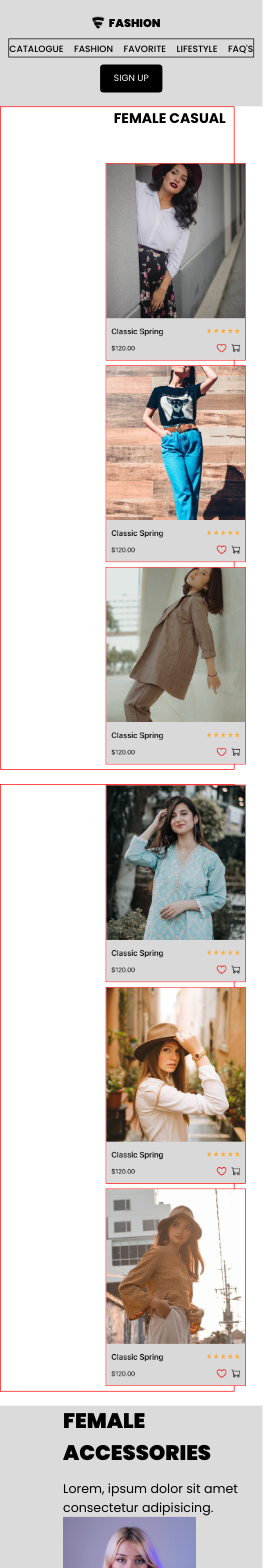
Repository: isaacCodes1/My-Project
Page: lifestyle.html
An editor plug-in stored every save of this project. The page is shown before and after a run of saves, followed by the edit.
The browser window is 375 px wide. The page is 391 px wide, then 375 px, so the pictures cover 391 px, including what lies to the right of the window. The pictures show the part of the page from y = 0 to 2240 px (the page is 3895 px tall before and 3556 px after), at 70% of full size.

Above is the page before, as saved 2024-03-21 18:31:40.

### lifestyle.html
<!DOCTYPE html>
<html lang="en">
  <head>
    <meta charset="UTF-8" />
    <meta name="viewport" content="width=device-width, initial-scale=1.0" />
    <link rel="stylesheet" href="style.css" />
    <link rel="stylesheet" href="Media query.css" />
    <title>Lifestyle Page</title>
  </head>
  <body>
    <main>
      <header>
        <nav>
          <!--------- NavItems ------->
          <div class="image">
            <a href="index.html"
              ><img src="/Assets/Pics/Vector (3).png" />FASHION</a
            >
          </div>
          <div class="navItems">
            <ul>
              <li><a href="catalogue.html">CATALOGUE</a></li>
              <li><a href="fashion.html">FASHION</a></li>
              <li><a href="favourite.html">FAVORITE</a></li>
              <li>
                <a style="color: #000" href="lifestyle.html">LIFESTYLE</a>
              </li>
              <li><a href="FAQ.html">FAQ'S</a></li>
            </ul>
            <a href="form.html"><button>SIGN UP</button></a>
          </div>
        </nav>
      </header>
    </main>
    <section class="faetured">
      <div class="featuredTxt">
        <h1>FEMALE CASUAL</h1>
      </div>
      <div class="featuredImg">
        <img src="/Assets/Group 307.png" alt="" />
        <img src="/Assets/Group 308.png" alt="" />
        <img src="/Assets/Group 309.png " alt="" />
      </div>
    </section>
    <section class="faetured">
      <div class="featuredImg">
        <img src="/Assets/Group 310.png" alt="" />
        <img src="/Assets/Group 311.png" alt="" />
        <img src="/Assets/Group 312.png" alt="" />
      </div>
    </section>
    <section class="foot">
        <div class="genFoot">
          <div class="footTxt">
            <h1>FEMALE ACCESSORIES</h1>
            <p>Lorem, ipsum dolor sit amet consectetur adipisicing.</p>
          </div>
          <div class="footImg">
            <img src="/Assets/Purple girl.png" alt="" />
            <img src="/Assets/tools.png" alt="" />
            <img src="/Assets/Classy.png" alt="" />
            <img src="/Assets/Paint brush.png" alt="" />
            <img src="/Assets/Head.png" alt="" />
            <img src="/Assets/Heels.png" alt="" />
          </div>
        </div>
      </section>
  </body>
</html>

### style.css
@import url("https://fonts.googleapis.com/css2?family=Poppins:ital,wght@0,100;0,200;0,300;0,400;0,500;0,600;0,700;0,800;0,900;1,100;1,200;1,300;1,400;1,500;1,600;1,700;1,800;1,900&display=swap");
* {
  margin: 0;
  padding: 0;
  box-sizing: border-box;
  font-family: "Poppins", sans-serif;
}
nav {
  display: flex;
  align-items: center;
  justify-content: space-between;
  width: 100%;
  padding: 20px 40px;
}

.image a {
  display: flex;
  align-items: center;
  gap: 6px;
  text-decoration: none;
  color: #000;
  font-size: 16px;
  font-weight: 900;
}
.image a img {
  width: 16%;
}
.navItems {
  display: flex;
  gap: 30px;
  align-items: center;
}
.navItems ul {
  display: flex;
  gap: 30px;
  list-style: none;
}
.navItems ul li a {
  text-decoration: none;
  color: #000;
  font-size: 16px;
  font-weight: 500;
}
.navItems ul li a:hover {
  transform: scale(1.05);
  color: #ebd96b;
  font-style: italic;
  border: 1px solid #000;
  transition: 1s ease-in-out;
}
.navItems button {
  border: 0;
  background: #000;
  padding: 10px 20px;
  color: #fff;
  border-radius: 5px;
  font-size: 13px;
}
.navItems button:hover {
  transform: scale(1.05);
  transition: 1s ease-in-out;
  color: #000;
  background: rgb(137, 136, 136);
}
.welcome {
  font-size: 30px;
  font-weight: 900;
  font-style: oblique;
}
.firstPageCont {
  padding: 20px 40px;
}
.FirstPage {
  display: flex;
  flex: 1;
  width: 100%;
  height: 90vh;
  padding: 40px 10px 0px 10px;
  border-radius: 30px;
  background: #f4f6f5;
}
.txtCont {
  display: flex;
  flex: 0.5;
  flex-direction: column;
  gap: 10px;
  padding-left: 40px;
}

.txtCont h1 {
  font-size: 64px;
  font-weight: 900;
  width: 50%;
  line-height: 75px;
}

.txtCont p {
  font-size: 20px;
}
.txtBtn {
  display: flex;
  align-items: center;
  width: 80%;
  margin-top: 10px;
  gap: 10px;
}
.btns {
  border: 0;
  background: #000;
  padding: 10px 20px;
  color: #fff;
  border-radius: 5px;
  font-size: 19px;
}
.btns:hover {
  transform: scale(1.05);
  transition: 1s ease-in-out;
  color: #000;
  background: rgb(137, 136, 136);
}
.txtBtn img {
  width: 100px;
}
.imgCont {
  flex: 0.5;
  display: flex;
  position: relative;
}
.star1 {
  position: absolute;
  top: 5px;
  left: 10px;
}
.star1 img {
  width: 30px;
}
.star2 {
  position: absolute;
  top: 20px;
  left: 450px;
}
.star2 img {
  width: 30px;
}
.star3 {
  position: absolute;
  bottom: 10px;
  left: 70px;
}
.star3 img {
  width: 30px;
}
.star4 {
  position: absolute;
  bottom: 20px;
  left: 400px;
}
.star4 img {
  width: 30px;
}
.spn1 {
  display: flex;
  align-items: center;
  background-image: url(/Assets/Pics/rectangle1.png);
  background-size: cover;
  background-repeat: no-repeat;
  width: 100%;
  padding-left: 20px;
}
.spn2 {
  background-image: url(/Assets/Pics/Rectangle2.png);
  background-size: cover;
  background-repeat: no-repeat;
  padding-right: 50px;
  padding-left: 20px;
}
/* next Page */
.firstPageFooter {
  background: #ebd96b;
  padding: 20px 10px;
  display: flex;
  align-items: center;
  justify-content: center;
}
.logoCont {
  display: flex;
  justify-content: center;
  gap: 100px;
}
.logoCont img {
  width: 7%;
}
.nextPageCont {
  margin-top: 20px;
  padding: 20px 40px;
  display: flex;
  flex-direction: column;
  gap: 55px;
  margin-bottom: 50px;
}
.nextPageText {
  position: relative;
}
.nextPageText h1 {
  font-size: 38px;
  letter-spacing: 1px;
  font-weight: 900;
}
.nextPageText img {
  position: absolute;
  bottom: 5px;
  left: 200px;
  width: 10%;
  z-index: -1;
}
.prettyImages {
  display: flex;
  gap: 35px;
}

.prettyImg img {
  width: 100%;
}
.payDay {
  background: linear-gradient(
    1.32deg,
    #e0c340 0.13%,
    #dfc23e 3.97%,
    #e1c441 7.2%,
    #e3c743 10.13%,
    #e4c542 12.98%,
    #e6c744 15.99%,
    #e7c845 19.52%,
    #e5c643 23.96%,
    #e6c945 30.43%,
    #e3c743 36.49%,
    #e9ca48 42.49%,
    #edce49 49.35%,
    #f0d44c 55.42%,
    #f4d84f 61.43%,
    #f6da52 65.74%,
    #f7db53 72.23%,
    #f9dd55 77.43%,
    #f9df56 83.84%,
    #fae157 91.52%,
    #f9df56 97.87%
  );
}
.yellowTxt {
  flex-direction: column;
  margin-bottom: 10px;
}
.yellowTxt h1 {
  font-size: 65px;
  font-weight: 900;
}
.yellowTxt p {
  font-size: 22px;
  font-weight: 500;
}

.yellowImg img {
  flex: 0.5;
  display: flex;
  width: 600px;
  position: relative;
}

.genDiv {
  display: flex;
  align-items: center;
}
.btn1 {
  border: 0;
  background: #000;
  padding: 15px 25px;
  color: #fff;
  border-radius: 5px;
  font-size: 18px;
  font-weight: 500;
}
.btn:hover {
  transform: scale(1.05);
  transition: 1s ease-in-out;
  color: #000;
  background: rgb(137, 136, 136);
}
.spn3 {
  display: flex;
  background-image: url(/Assets/rectangle1.png);
  background-size: cover;
  background-repeat: no-repeat;
  width: 300px;
}
.nxtSect {
  margin-top: 20px;
  padding: 20px 40px;
  display: flex;
  flex-direction: column;
  gap: 50px;
  margin-bottom: 50px;
}
.Images2 {
  display: flex;
}
.prettyImg2 {
  position: relative;
}
.prettyImg2 img {
  width: 70;
  height: 500px;
  margin-left: 70px;
}
.nextPageCont2 {
  margin-top: 20px;
  padding: 20px 40px;
  display: flex;
  gap: 50px;
  margin-bottom: 50px;
  display: flex;
  justify-content: space-between;
  align-items: center;
}
.nextPageText2 {
  display: flex;
  flex-direction: column;
  margin-left: 50px;
}
.nextPageText2 p {
  margin-bottom: 30px;
  color: #898a89;
}
.nextPageText2 h1 {
  font-size: 30px;
  letter-spacing: 1px;
  font-weight: 900;
}
.nextPageText2 img {
  width: 30%;
  cursor: pointer;
  display: flex;
}
.store {
  display: flex;
  justify-content: space-between;
}
.store a img {
  width: 140px;
  gap: 50px;
}
.circle1 {
  position: absolute;
  right: 350px;
  bottom: 500px;
}
.circle1 img {
  width: 15px;
  height: 15px;
  display: flex;
}
.circley {
  position: absolute;
  right: 0;
  bottom: 470px;
}
.circley img {
  width: 30px;
  height: 30px;
}
.circleye {
  position: absolute;
  right: 400px;
  bottom: 60px;
}
.circleye img {
  width: 17px;
  height: 17px;
}
.circle2 {
  position: absolute;
  right: 0;
  bottom: 100px;
}
.circle2 img {
  width: 10px;
  height: 10px;
}
.elipses {
  position: absolute;
}
.bigC {
  position: absolute;
  right: -12px;
  bottom: 100px;
  z-index: -1;
}
.bigC img {
  width: 300px;
  height: 300px;
  background: transparent;
}

.largeC {
  position: absolute;
  right: -41px;
  bottom: 70px;
  z-index: -1;
}
.largeC img {
  width: 360px;
  height: 360px;
  /* background: transparent; */
}
.largeC1 {
  position: absolute;
  right: -70px;
  bottom: 50px;
  z-index: -1;
}
.largeC1 img {
  width: 420px;
  height: 400px;
}
.footerDiv {
  background: #e5c643;
  padding-bottom: 170px;
}
.h1footer {
  color: #fff;
  text-align: center;
  padding-top: 50px;
  font-size: 30px;
  font-weight: 1000;
}
.pFooter {
  display: flex;
  flex-direction: column;
  justify-content: center;
  align-items: center;
  text-align: center;
  color: #fff;
  font-size: 30px;
}

.input {
  background: #fff;
  width: 40%;
  padding: 5px 0px;
  border-radius: 10px;
}
.input input {
  background: none;
  border: 0;
  padding: 13px 0px 13px 0px;
  width: 76%;
  font-size: 17px;
  outline: 0;
}
.input a {
  font-size: 20px;
  text-decoration: 0;
  color: #fff;
  background: #000;
  padding: 10px 30px;
  border-radius: 5px;
}
.input a:hover {
  transform: scale(1.05);
  transition: 1s ease-in-out;
  color: #000;
  background: rgb(137, 136, 136);
}
.alert {
  border: 1px solid;
  text-decoration: none;
  font-size: 15px;
  background: blue;
  color: #fff;
  border-top-left-radius: 15px;
}
.alert:hover {
  background: black;
  color: #fff;
  border-top-left-radius: 5px;
  transition: 1s ease-in-out;
}
.footDiv {
  display: flex;
  background: #000;

  place-items: center;
  padding: 100px;
}

.footTxt {
  display: flex;
  flex-direction: column;
  gap: 15px;
}
.footTxt h1 {
  color: #fff;
  font-size: 30px;
  font-weight: 900;
}
.footTxt p {
  color: #777;
  font-size: 18px;
}
.socialIcons {
  display: flex;
  gap: 20px;
}

.icon {
  background: #ebd96b;
  width: 30px;
  display: flex;
  align-items: center;
  justify-content: center;
  height: 30px;
  border-radius: 8px;
}
.icon img {
  display: flex;
  align-items: center;
  width: 40px;
  place-items: center;
}
.btn33 {
  background: #000;
  color: #fff;
  padding: 15px;
  border-radius: 7px;
  border: 1px;
  font-size: 16px;
  transition: 1s ease-in-out;
}
.btn33:hover {
  color: #000;
  background: #dbdbdb;
}
.links {
  margin-left: 150px;
  padding-right: 20px;
  margin-bottom: 50px;
}
.links1 a {
  color: #fff;
  font-size: 18px;
  text-decoration: none;
}
.links2 a {
  text-decoration: none;
  color: #777;
  font-size: 11px;
}
.links1 {
  display: flex;
  flex-direction: column;
  color: #fff;
  font-size: 18px;
  margin-top: 0px;
}
.links2 {
  color: #777;
  font-size: 11px;
  padding-top: 5px;
}
.faetured {
  margin-bottom: 20px;
}
.faetured1 {
  margin-bottom: 50px;
}
.featuredTxt h1 {
  font-size: 40px;
  margin-left: 150px;
  margin-bottom: 50px;
}
.featuredImg {
  margin-left: 150px;
}
.featuredImg img {
  margin-right: 10px;
}
.welcome1 {
  font-size: 18px;
  font-weight: bold;
  font-style: italic;
}
.bee {
  margin-bottom: 40px;
}
.beeGen {
  background: url(/Assets/Background.png);
  background-repeat: no-repeat;
  display: flex;
}
.beetxt {
  color: #fff;
  margin-top: 70px;
}
.beetxt h1 {
  font-size: 30px;
  text-align: center;
}
.beetxt p {
  text-align: center;
  font-size: 15px;
}
.bbtn {
  border: 1px #fff;
  padding: 1px;
  font-size: 14px;
  margin-left: 200px;
  background: rgba(58, 56, 56, 0.274);
  transition: 1s ease-in-out;
}
.bbtn:hover {
  color: #000;
  background: #fff;
  transform: scale(1.05);
}
.sign {
  text-decoration: none;
}
.button2 {
  background-color: white;
  color: black;
  border-radius: 10em;
  font-size: 17px;
  font-weight: 600;
  padding: 1em 2em;
  cursor: pointer;
  transition: all 0.3s ease-in-out;
  border: 1px solid black;
  box-shadow: 0 0 0 0 black;
}

.button2:hover {
  transform: translateY(-4px) translateX(-2px);
  box-shadow: 2px 5px 0 0 black;
}

.button2:active {
  transform: translateY(2px) translateX(1px);
  box-shadow: 0 0 0 0 black;
}
.genFoot {
  background: #dbdbdb;
  padding-left: 90px;
}
.footTxt h1 {
  color: #000;
}
.footTxt p {
  color: #000;
}

### Media query.css
@media (max-width: 488px) {
  nav {
    flex-direction: column;
    gap: 10px;
    background: #dbdbdb;
  }
  .navItems {
    flex-direction: column;
    gap: 10px;
    color: #fff;
  }
  .navItems ul {
    gap: 15px;
    color: #fff;
    border: 1px solid #000;
  }
  .navItems ul li a {
    font-size: 13px;
  }
  .welcome {
    font-size: 20px;
  }
  .firstPageCont {
    padding: 0px;
  }
  .FirstPage {
    flex-direction: column;
    height: auto;
    padding: 0px;
  }

  .txtCont h1 {
    font-size: 50px;
    width: 100%;
  }
  .txtCont p {
    font-size: 15px;
  }
  .btns {
    font-size: 12px;
    margin-bottom: 20px;
  }
  .imgCont {
    flex-direction: column;
    width: 100%;
    display: none;
  }
  .spn1 {
    display: flex;
    align-items: center;
    background-image: url(/Assets/Pics/rectangle1.png);
    background-size: cover;
    background-repeat: no-repeat;
    width: 60%;
  }
  .spn2 {
    background-image: url(/Assets/Pics/Rectangle2.png);
    background-size: cover;
    background-repeat: no-repeat;
  }
  .logoCont {
    display: flex;
    justify-content: center;
    gap: 20px;
  }
  .logoCont img {
    width: 10%;
  }
  .prettyImages {
    display: flex;
    flex-direction: column;
  }
  .nextPageText img {
    position: absolute;
    bottom: 10px;
    left: 120px;
    width: 30%;
    z-index: -1;
  }
  .cardsContainer {
    display: flex;
    flex-direction: column;
    gap: 20px;
  }
  .genDiv {
    display: flex;
    flex-direction: column;
  }
  .yellowImg img {
    width: 100%;
  }
  .yellowTxt h1 {
    font-size: 40px;
  }
  .spn3 {
    width: 200px;
  }
  .yellowTxt p {
    font-size: 15px;
  }
  .btn {
    font-size: 12px;
  }
  .nextPageCont2 {
    display: flex;
    flex-direction: column;
    margin-bottom: 10px;
  }
  .nextPageText2 {
    margin-left: 0;
  }
  .nextPageText2 h1 {
    font-size: 25px;
  }
  .prettyImg2 {
    display: none;
  }
  .footerDiv {
    margin-left: 0;
  }
  .h1footer {
    font-size: 11px;
    text-align: 20px;
  }
  .pFooter p {
    font-size: 10px;
    margin-bottom: 2 0px;
  }
  .input {
    width: 90%;
  }
  .input::placeholder {
    font-size: 12px;
  }
  .input a {
    font-size: 5px;
  }
  .footDiv {
    display: flex;
    flex-direction: column;
    align-items: center;
  }
  .links {
    margin-left: 5px;
  }
  .icon {
    margin-bottom: 20px;
  }
  .icon img {
    width: 30px;
  }
  .links1 a {
    font-size: 15px;
  }
  .faetured {
    align-items: center;
    border: 1px solid red;

    margin-right: 40px;
  }
  .featuredTxt h1 {
    font-size: 20px;
    text-align: center;
  }
  .featuredImg img {
    width: 200px;
    border: 1px solid red;
    margin-right: 40px;
  }
}

After the next 2 saves:
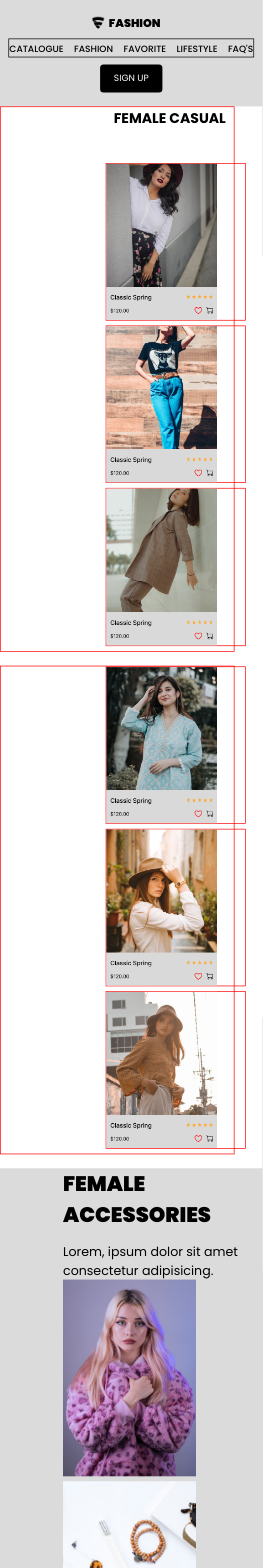
The 2 saves are shown as one change because they came seconds apart.
The last was saved 11 s later.
--- a/Media query.css
+++ b/Media query.css
@@ -165,6 +165,6 @@
   .featuredImg img {
     width: 200px;
     border: 1px solid red;
-    margin-right: 40px;
+    padding-right: 40px;
   }
 }
